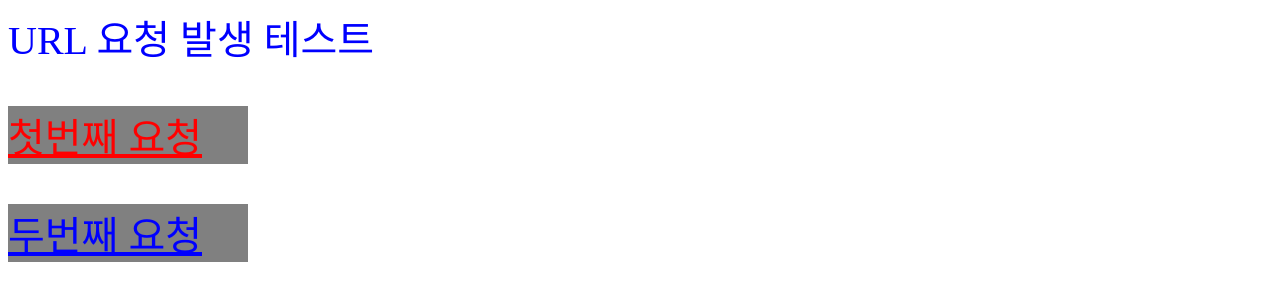
Repository: H-hyeonje/jsp
Page: http://localhost/jsp_example/
An editor plug-in stored every save of this project. The page is shown before and after the next save, followed by the edit.
The browser window is 1280 px wide. The pictures show the whole page.
The pointer rests on the first visible `body>p`.
The page is served by Tomcat 10.

Above is the page before, as saved 2024-10-07 07:16:07.

After the next save:
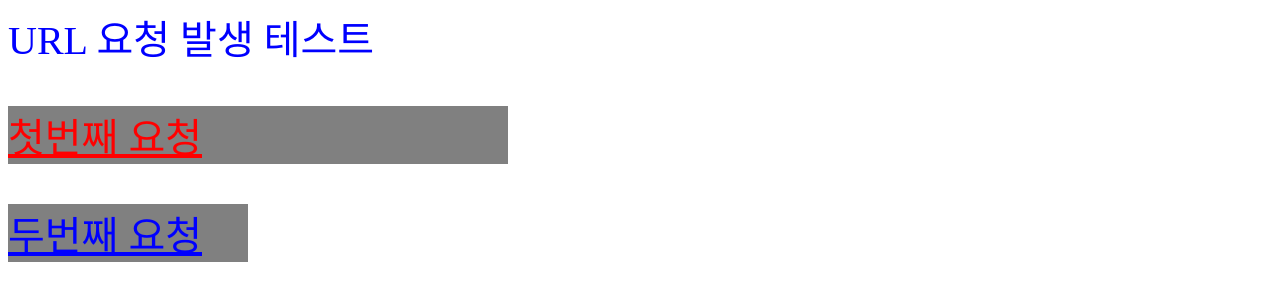
Saved 2 min 59 s later.
--- a/jsp_example/src/main/webapp/index.css
+++ b/jsp_example/src/main/webapp/index.css
@@ -11,6 +11,10 @@ body>p:first-child>a{
 	color:red;
 
 }
+body>p:hover{
+	width:500px;
+
+}
 body>p>a:hover{
 	font-size:60px;
 }
